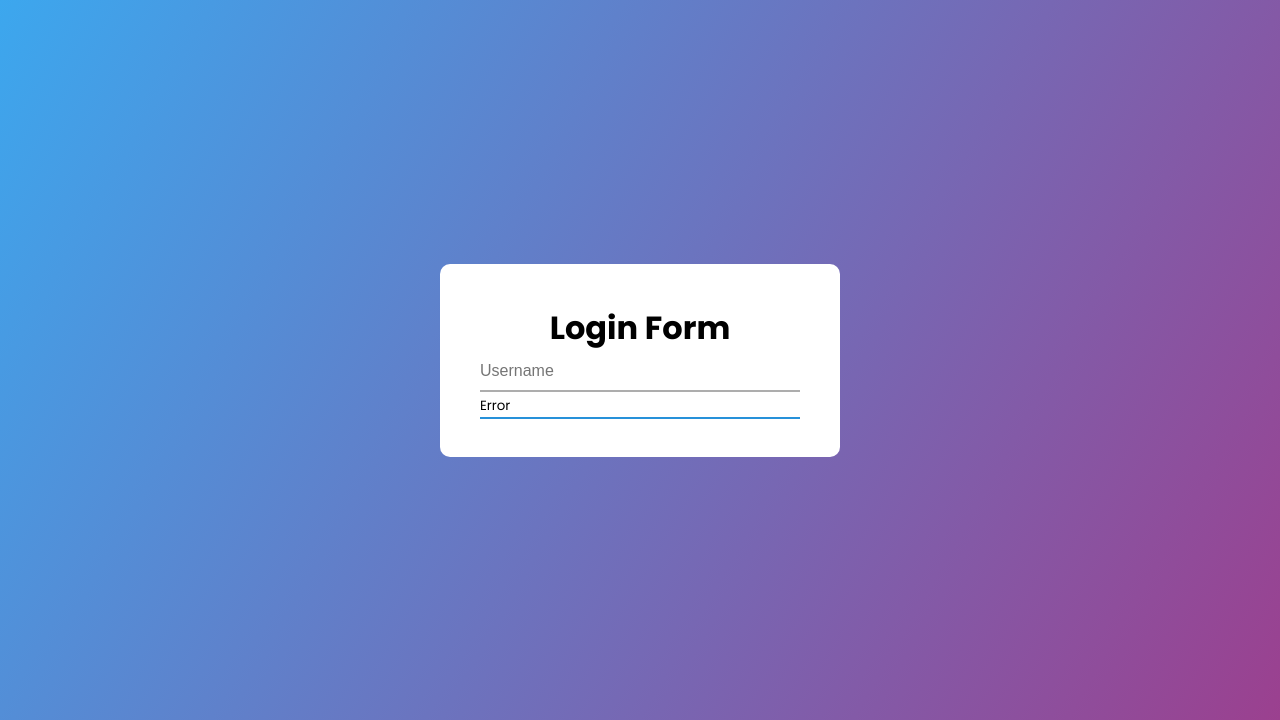
Repository: QUANGTHAI2003/Form-Validation
Page: index.html
An editor plug-in stored every save of this project. The page is shown before and after a run of saves, followed by the edit.
The browser window is 1280 px wide. The pictures show the whole page.

Above is the page before, as saved 2022-03-13 14:11:55.

After the next 2 saves:
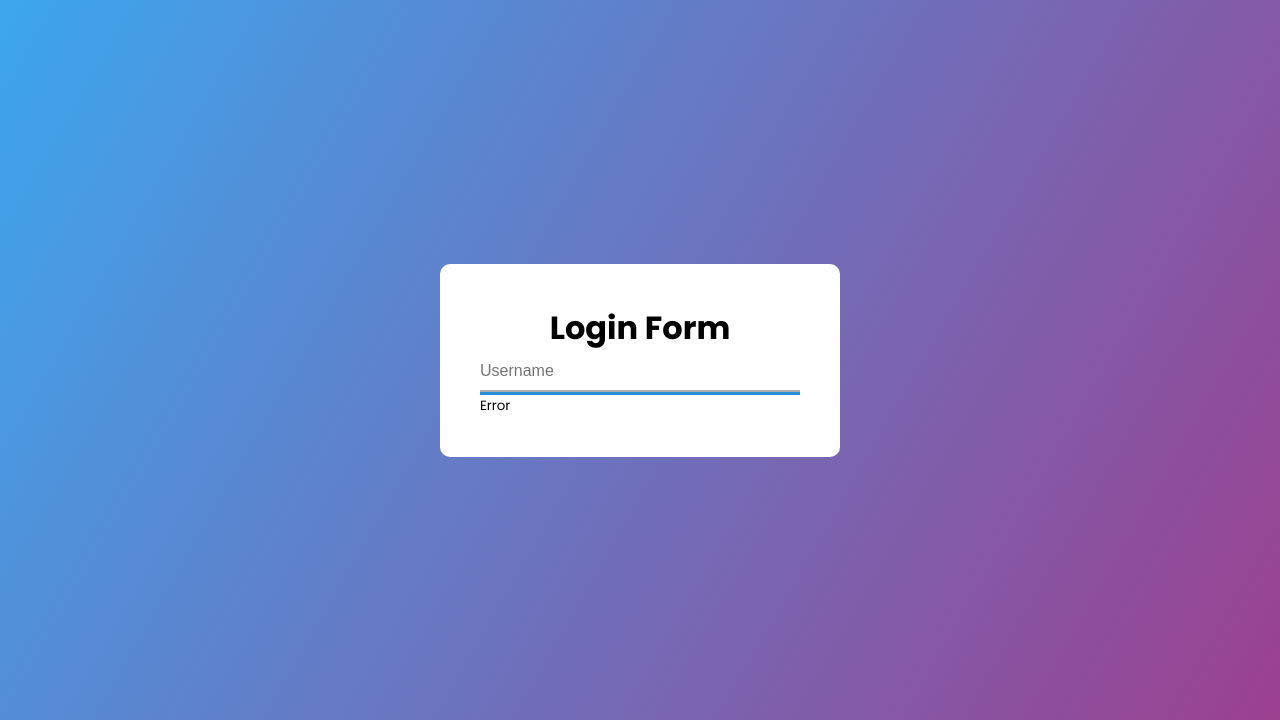
The 2 saves are shown as one change because they came seconds apart.
The last was saved 18 s later.
--- a/style.css
+++ b/style.css
@@ -49,8 +49,7 @@ body {
 
 .form-control span {
     position: absolute;
-    border-bottom: 2px solid var(--success-color);
-    top: 100%;
+    border-bottom: 3px solid var(--success-color);
     left: 0;
     width: 100%;
 }
